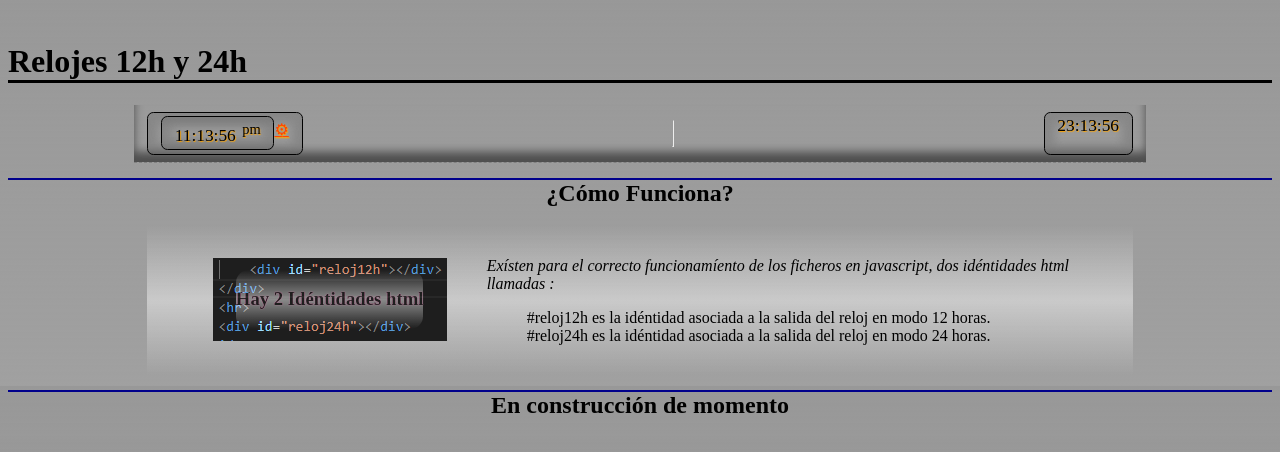
Repository: marcostonfor/clocks
Page: index.html
These files come from the project's save history. The page is drawn as it stood at one moment and after the next save; the edit follows.
The browser window is 1280 px wide. The pictures show the whole page.

Above is the page before, as saved 2024-09-18 23:34:53.

### index.html
<!DOCTYPE html>
<html lang="ca-ES, en-US">

<head>
    <meta charset="utf-8">
    <meta name="viewport" content="width=device-width, initial-scale=1">
    <title>relojes</title>
    <style>

        body {
            background-image: repeating-linear-gradient(0deg, hsla(0, 0%, 41%, 0.63) 12%, hsla(0, 0%, 0%, 0.404));
        }

        h1 {
            margin-top: 6vh;
            border-bottom: 0.3vw solid black;
        }

        #dosRelojes {
            width: 80%;
            height: auto;
            margin: 2vh auto;
            padding: 1vh 1vw;
            display: flex;
            border-bottom: 0.1vw dashed gray;
            /* box-shadow: inset -0.2vh 0 06px hsl(41, 100%, 50%); */
            box-shadow: inset 0 -10px 10px rgba(0, 0, 0, 0.5);
        }

        summary::marker {
            content: none !important;
        }

        summary {
            cursor: pointer !important;
            color: orangered;
            text-decoration: underline;
            margin: 0.5vh auto;
            font-size: 12pt;
        }

        #caja12h {
            display: flex;
        }

        h2 {
            text-align: center;
            margin-top: 2vh;
            border-top: 0.2vw solid darkblue;
        }

        #identidades_principales {
            display: flex;
            justify-content: space-around;
            align-items:last baseline;
            padding: 2vh 2vw;
            width: 78%;
            margin: auto auto;
            background-image: repeating-linear-gradient(0deg, transparent, hsla(0, 0%, 96%, 0.5), transparent);
            border-radius: 0355
        }

        .conFoto figure {
            position: relative;
            display: flex;
            align-items: center;
            justify-content: center;
        }

        .conFoto figure figcaption {
            position: absolute;
            border-radius: 1vw;
            text-shadow: 0 0 1px hotpink;
            background-image:  repeating-linear-gradient(0deg, transparent, hsla(0, 0%, 96%, 0.5), transparent);
            mix-blend-mode: screen;
        }
    </style>
</head>

<body>
    <header>
        <h1>Relojes 12h y 24h</h1>
        <aside id="dosRelojes">
            <div id="caja12h">
                <div id="reloj12h"></div>
            </div>
            <hr>
            <div id="reloj24h"></div>
        </aside>
        <nav></nav>
    </header>
    <main>
        <h2>¿Cómo Funciona?</h2>
        <section id="identidades_principales">
            <article class="conFoto">
                <figure>
                    <img src="./img/identidades.png" alt="foto de las id principales">
                <figcaption><h3>Hay 2 Idéntidades html</h3></figcaption>
                </figure>
            </article>
            <article class="conTexto">
                <p>
                    <cite>Exísten para el correcto funcionamíento de los ficheros en javascript, dos idéntidades html
                        llamadas :</cite>
                <blockquote>
                    #reloj12h es la idéntidad asociada a la salida del reloj en modo 12 horas.
                    <br>
                    #reloj24h es la idéntidad asociada a la salida del reloj en modo 24 horas.
                </blockquote>
                </p>
            </article>
        </section>
    </main>
    <h2>En construcción de momento</h2>
    <script type="module" src="./relojes.js"></script>
</body>

</html>

### relojes.js

import { estilosPersonales } from './archivoEstilos.js';
import { conf12h } from './archivoConfiguracion.js';
function laHora() {
	const Reloj = class {
		constructor(formato, salida) {
			this.ahora = new Date();
			this.reloj = {
				hora: this.ahora.getHours(),
				minuto: this.ahora.getMinutes(),
				segundo: this.ahora.getSeconds()
			};
			this._formato = formato;
			this._salida = salida;
		}

		get formato() {
			return this._formato;
		}

		get salida() {
			return this._salida;
		}

		set formato(horaActual) {
			this._formato = horaActual;
		}

		set salida(output) {
			this._salida = output;
		}

		anyadirCero(formatear) {
			return formatear <= 9 ? "0" + formatear : formatear;
		}

		_12h() {
			let horas = this.reloj.hora % 12;
			if (horas === 0) horas = 12;
			const amOpm = this.reloj.hora >= 12 ? "pm" : "am";
			this._formato = `${this.anyadirCero(horas)}:${this.anyadirCero(this.reloj.minuto)}:${this.anyadirCero(this.reloj.segundo)}<sup>${amOpm}</sup>`;
			return this._formato;
		}

		_24h() {
			this._formato = `${this.anyadirCero(this.reloj.hora)}:${this.anyadirCero(this.reloj.minuto)}:${this.anyadirCero(this.reloj.segundo)}`;
			return this._formato;
		}
	};

	const laSalida = () => {
		const salida = document.getElementById("reloj12h");
		const salida24h = document.getElementById("reloj24h");
		const doceHoras = new Reloj();
	//	salida.innerHTML = doceHoras._12h();
	//	salida24h.innerHTML = doceHoras._24h();

 // Verifica si existe el elemento #reloj12h
 if (salida) {
	salida.innerHTML = doceHoras._12h();
	conf12h(); // Llamada a la función conf12h() si el elemento existe
}

// Verifica si existe el elemento #reloj24h
if (salida24h) {
	salida24h.innerHTML = doceHoras._24h();
}


	function estiloscss(estilosPersonales) {

		const estils = document.createElement('STYLE');
		estils.textContent = `
* {
    box-sizing: border-box;
}

div {
    text-align: center;
    width: fit-content;
    border: 0.1vw solid black;
    font-size: 13pt;
    padding: 0.5vh 1vw;
    box-shadow: inset 0 0 10px 10px hsla(0, 0%, 41%, 0.397);
    font-family: 'Comic Sans MS';
    color: black;
    text-shadow: 0.1vh 0.1vw 1px orange;
    border-radius: 0.5vw;
}


sup {
    margin-left: 0.5vw !important;
}
	`;
		if (estilosPersonales) {
			estils.textContent += estilosPersonales;
		}


		document.head.appendChild(estils);
}

	// Llamada a la función con estilos adicionales
	estiloscss(estilosPersonales);


	};

// estiloscss();
return setInterval(laSalida, 1000);
}
laHora();

### archivoEstilos.js
export const estilosPersonales = `

    `;

### archivoConfiguracion.js
export function conf12h() {
    const config = document.createElement('DETAILS');
    const summary = document.createElement('SUMMARY');
    summary.innerHTML = `&#9881;`;
    config.appendChild(summary);

    // Verificar si el checkbox ya existe
    if (!document.getElementById('miCheckbox')) {
        const checkbox = document.createElement('input');
        checkbox.type = 'checkbox';
        checkbox.id = 'miCheckbox';
        checkbox.checked = true; // Mostrar <sup> por defecto

        const label = document.createElement('label');
        label.htmlFor = 'miCheckbox'; // Asegúrate de que coincida con el id del checkbox
        label.textContent = 'Ver "am" "pm"';

        // Crear un elemento <style> para manejar la visibilidad de <sup>
        let estils = document.getElementById('dynamicStyles');
        if (!estils) {
            estils = document.createElement('style');
            estils.id = 'dynamicStyles';
            document.head.appendChild(estils);
        }

        // Función para actualizar el estilo de <sup>
        const updateSupVisibility = () => {
            if (checkbox.checked) {
                estils.textContent = `
                    sup {
                        display: inline !important;
                    }
                `;
            } else {
                estils.textContent = `
                    sup {
                        display: none !important;
                    }
                `;
            }
        };

        // Inicializar el estilo de <sup>
        updateSupVisibility();

        // Agregar un evento al checkbox para alternar la visibilidad de <sup>
        checkbox.addEventListener('change', updateSupVisibility);

        const mostrarConfiguracion = document.getElementById('caja12h');
        // Agregar el checkbox y el label al cuerpo del documento
        label.appendChild(checkbox);
        config.appendChild(label);
        mostrarConfiguracion.appendChild(config);
    }
}

After the next save:
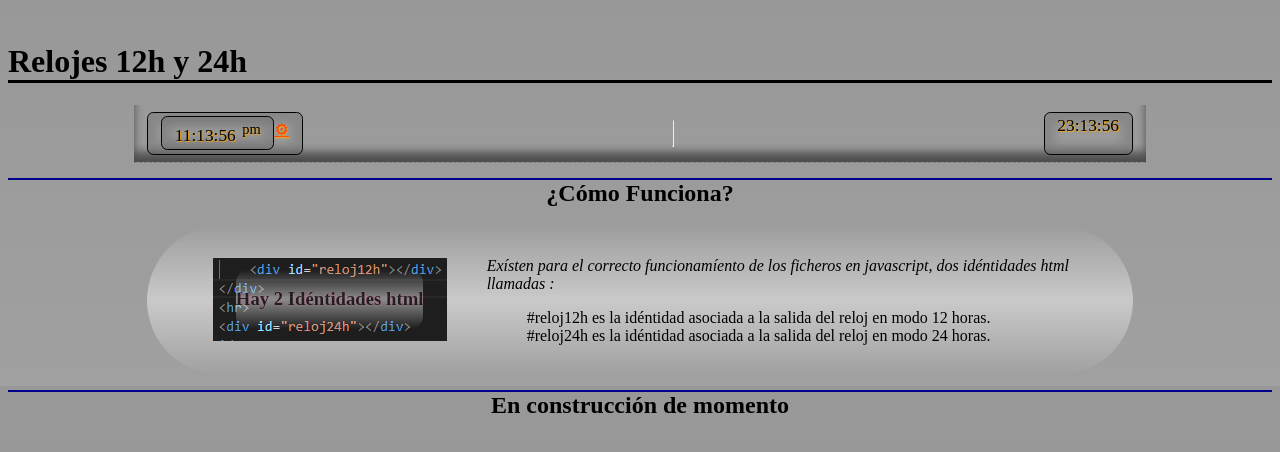
Saved 4 s later.
--- a/index.html
+++ b/index.html
@@ -57,7 +57,7 @@
             width: 78%;
             margin: auto auto;
             background-image: repeating-linear-gradient(0deg, transparent, hsla(0, 0%, 96%, 0.5), transparent);
-            border-radius: 0355
+            border-radius: 0355vw;
         }
 
         .conFoto figure {

After the save that followed:
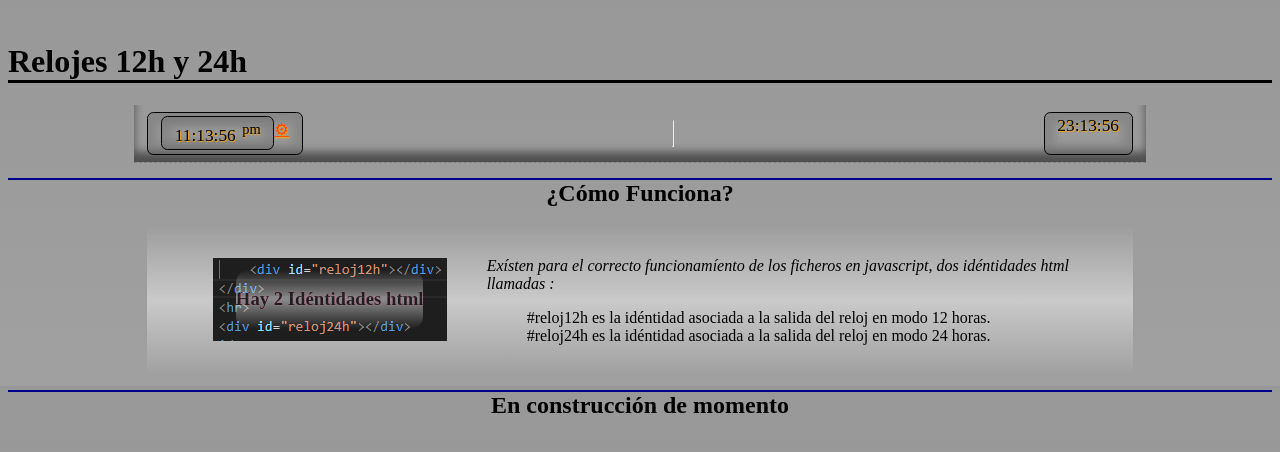
Saved 13 s later.
--- a/index.html
+++ b/index.html
@@ -57,7 +57,7 @@
             width: 78%;
             margin: auto auto;
             background-image: repeating-linear-gradient(0deg, transparent, hsla(0, 0%, 96%, 0.5), transparent);
-            border-radius: 0355vw;
+            border-radius: 0.355vw;
         }
 
         .conFoto figure {
